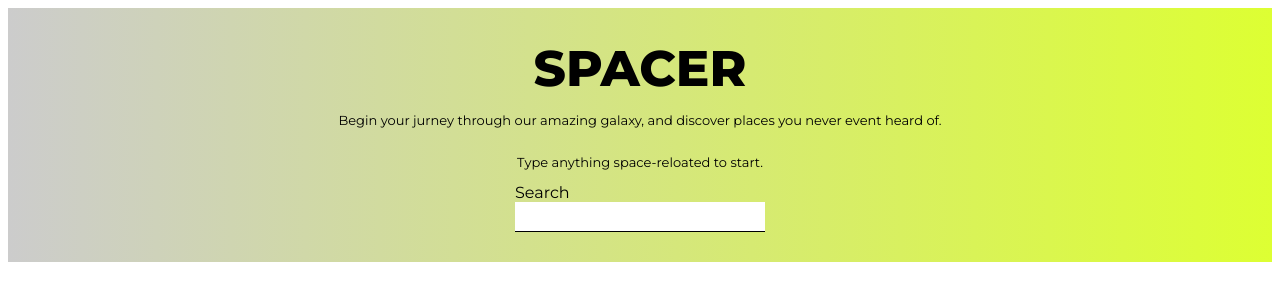
Repository: kamilluc/space-vue
Page: /
An editor plug-in stored every save of this project. The page is shown before and after the next save, followed by the edit.
The browser window is 1280 px wide. The pictures show the whole page.
The project was rebuilt for these pictures with package versions that can differ from the ones it lists, and the page was loaded fresh each time. Also part of the build but not shown: src/views/About.vue.

Above is the page before, as saved 2018-08-08 23:21:02.

After the next save:
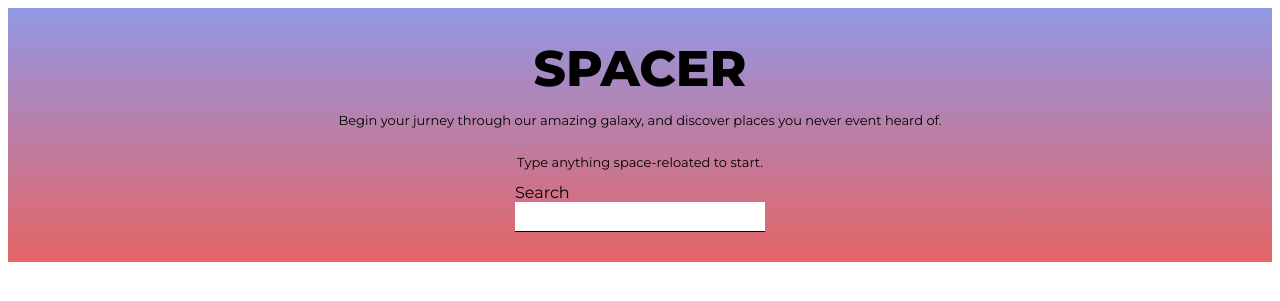
Saved 21 s later.
--- a/src/views/Search.vue
+++ b/src/views/Search.vue
@@ -70,6 +70,6 @@
   margin: 0;
   padding: 30px;
   width: 100%;
-  background: linear-gradient(to right, #ccc, #df3);
+  background: linear-gradient(#9198e5, #e66465);
 }
 </style>
